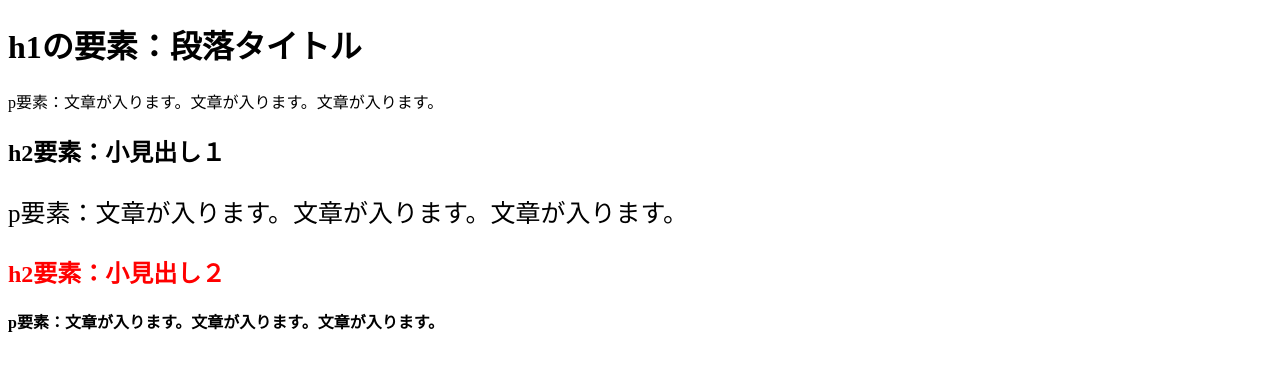
Repository: MoriTaiki1107/samurai_HTML-CSS
Page: index.html
The author's editor kept a record of every edit. The page is drawn from the files as they stood at one moment, then again after the next edit.
The browser window is 1280 px wide. The pictures show the whole page.

Above is the page before.

After the next edit:
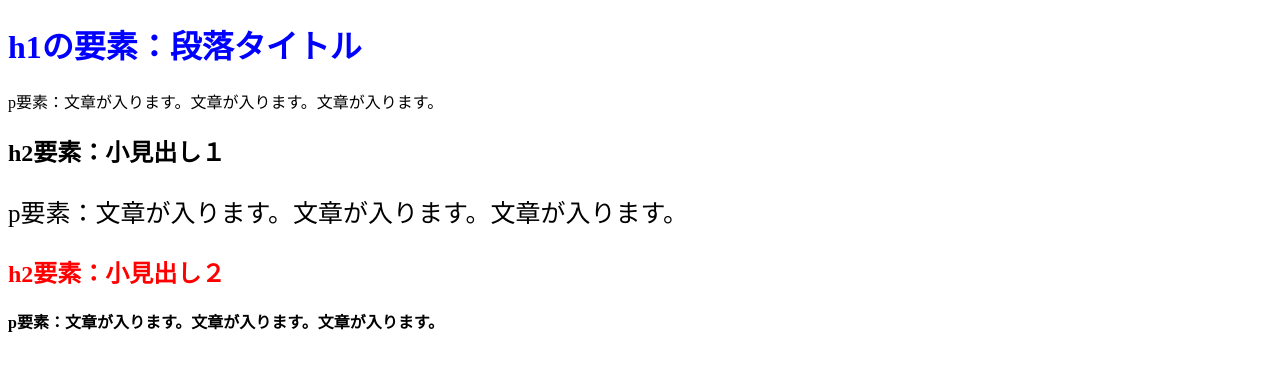
The edit:
--- a/index.html
+++ b/index.html
@@ -13,7 +13,7 @@
     </style>
 </head>
 <body>
-    <h1>h1の要素：段落タイトル</h1>
+    <h1 class="blue">h1の要素：段落タイトル</h1>
     <p>p要素：文章が入ります。文章が入ります。文章が入ります。</p>
     <h2>h2要素：小見出し１</h2>
     <p style="font-size: 25px;">
